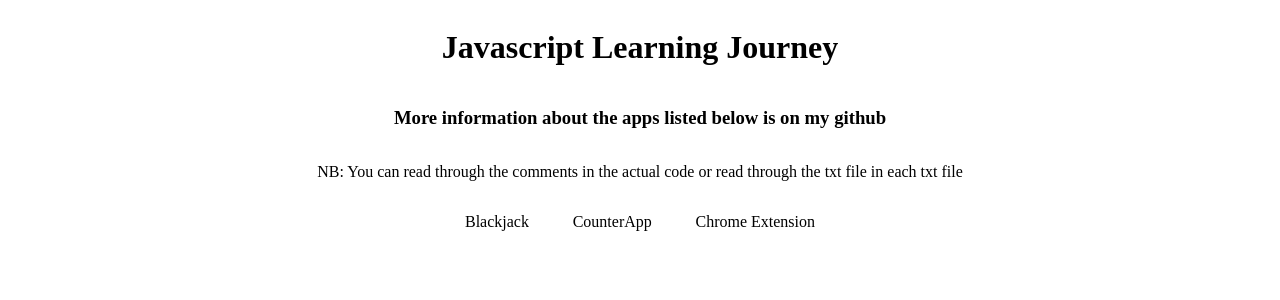
Repository: Siphamandla201/Javascript-Journey
Page: index.html
An editor plug-in stored every save of this project. The page is shown before and after the next save, followed by the edit.
The browser window is 1280 px wide. The pictures show the whole page.

Above is the page before, as saved 2023-07-27 16:20:59.

After the next save:
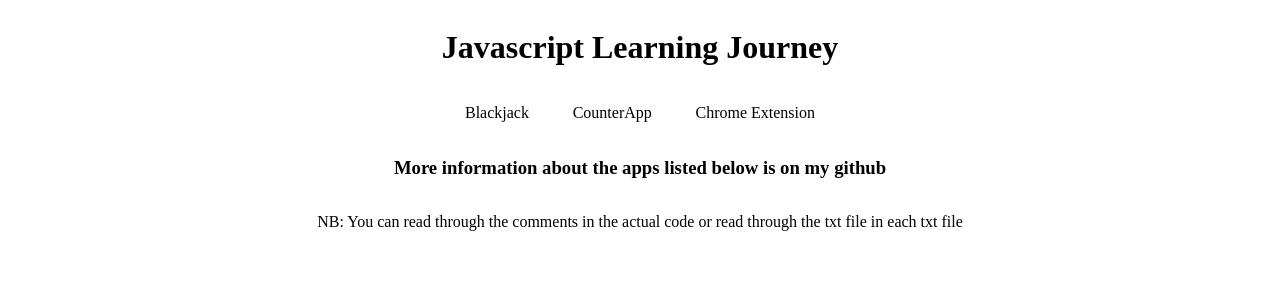
Saved 17 s later.
--- a/index.html
+++ b/index.html
@@ -10,14 +10,14 @@
     <h1>
         Javascript Learning Journey
     </h1>
-    <h3>
-        More information about the apps listed below is on my github
-    </h3>
-    <p>NB: You can read through the comments in the actual code or read through the txt file in each txt file</p>
     <ul class="game-links">
         <li><a href="./Blackjack/Blackjack.html">Blackjack</a></li>
         <li><a href="./CounterApp/Counter.html">CounterApp</a></li>
         <li><a href="./Extension/Index.html">Chrome Extension</a></li>
     </ul>
+    <h3>
+        More information about the apps listed below is on my github
+    </h3>
+    <p>NB: You can read through the comments in the actual code or read through the txt file in each txt file</p>
 </body>
 </html>
